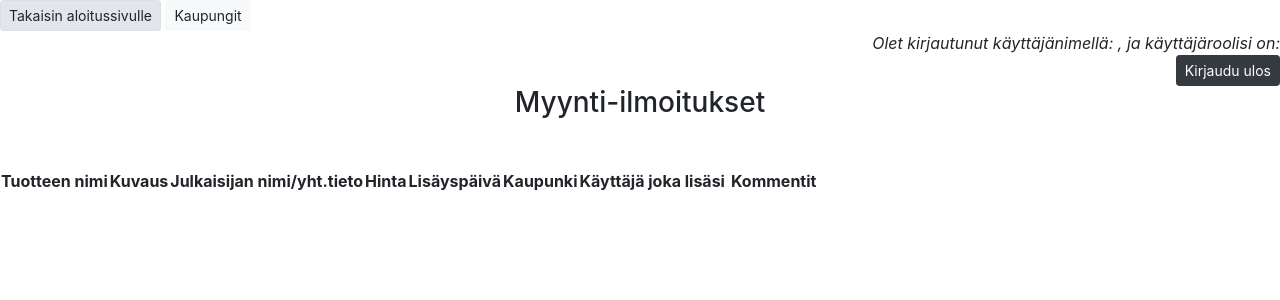
Repository: LiljestromNadja/Backend_s2023_harjoitustyo
Page: http://localhost/articlelist
The author's editor kept a copy of each file at every save. The page is drawn from the files as they stood at one save, then again after the next save.
The browser window is 1280 px wide. The pictures show the whole page.
The page is this project's Thymeleaf template; nobody is signed in. The template is opened directly, without the code that normally fills it, so the values that code supplies are empty.

Above is the page before, as saved 2023-11-10 15:29:13.

### harkkas23v01/src/main/resources/templates/articlelist.html
<!DOCTYPE html>
<html xmlns:th="http://www.thymeleaf.org">
<head>
	<title>Articlelist</title>
	<meta http-equiv="Content-Type" content="text/html" charset="UTF-8"/>
	<!-- Bootstrap-linkki vaihdettu tähän 04-10-2023 -->
	<link rel="stylesheet" href="https://cdn.jsdelivr.net/npm/bootstrap@4.0.0/dist/css/bootstrap.min.css" integrity="sha384-Gn5384xqQ1aoWXA+058RXPxPg6fy4IWvTNh0E263XmFcJlSAwiGgFAW/dAiS6JXm" crossorigin="anonymous"> <!-- Lisättiin tyyli, bootstrap 4.0 -->
	<!-- Lisättiin tyyli, bootstrap 4.0 -->
</head>
<body>
	<div>
		<a href="/index"><button class="text-left btn btn-light btn-sm">Takaisin aloitussivulle</button></a>
		<a href="/cities"><button class="text-left btn btn-light btn-sm">Kaupungit</button></a>
	</div>

	<div class="text-right">
		<i>Olet kirjautunut käyttäjänimellä: <b sec:authentication="name"></b>,
			ja käyttäjäroolisi on: <b sec:authentication="principal.authorities"></b></i>

		<br>
		<form class="text-right" th:action="@{/logout}" method="post">
			<input type="submit" value="Kirjaudu ulos" class="btn btn-sm btn-dark" />
		</form>

	</div>
	<h3 style="text-align: center">Myynti-ilmoitukset</h3>

	<div style="clear: both; display: block; height: 40px;"></div>
	<div style="align-content: center;">
		<table>
		<tr>
			<th>Tuotteen nimi</th>
	<!--  	<th>Tuotteen id </th> -->
			<th>Kuvaus</th>
			<th>Julkaisijan nimi/yht.tieto</th>
			<th>Hinta</th>
			<th>Lisäyspäivä</th>
			<th>Kaupunki</th>
			<th>Käyttäjä joka lisäsi</th>
	<!-- 	<th>Käyttäjän id</th> -->
			<th></th>
			<th></th>
			<th>Kommentit</th>
		</tr>

		<tr th:each = "article : ${articles}">   		<!-- MUISTA DOLLARIT, muuten voi mennä tovi jos toinenkin ihmettelyyn-->
				<td th:text="${article.title}"></td>
				<!--<td th:text="${article.id}"></td> -->
				<td th:text="${article.description}"></td>
				<td th:text="${article.publisher}"></td>
				<td th:text="${article.price}"></td>
				<td th:text="${article.dateadded}"></td>
				<td th:text="${article?.city?.name}"></td>	<!-- kysymysmerkki == jos kategoriaa ei ole -->
				<td th:text="${article?.applicationuser?.username}"></td>
				<!--<td th:text="${article?.applicationuser?.id}"></td>	 -->
				<!-- <td>Ilmoituksen poistonappi	</td> -->
				<!-- <td>Ilmoituksen muokkausnappi</td>  -->
				<!-- <td>Linkki kommenttilistaukseen </td>-->
				<!-- <td>Kirjoita kommentti -linkki </td>-->


	<!-- USER voi muokata/poistaa vain omia myynti-ilmoituksiaan, ADMIN kaikkia: -->
	<!-- Tässä ehtolause joka määrittelee nappien näkymisen niin, että ne näkyvät USER-roolissa vain omien julkaisujen kohdalla,
	ADMIN pystyy muokkaamaan/poistamaan kaikkia julkaisuja -->
	<!-- 24102023 -->
				<td th:if="${article.applicationuser.username == applicationuser.username}" sec:authorize="hasAuthority('USER')"><a th:href="@{/editArticle/{id}(id=${article.id})}" class="btn btn-dark btn-sm">Muokkaa</a></td>
				<td th:if="${article.applicationuser.username == applicationuser.username}" sec:authorize="hasAuthority('USER')"><a th:href="@{/delete/{id}(id=${article.id})}" class="btn btn-xs btn-danger btn-sm">Poista</a></td>

	<!-- Jos USERILLA ei muokkausoikeutta kyseiseen kirjaan -->
	<!-- 26102023 -->
				<td th:unless="${article.applicationuser.username == applicationuser.username}" sec:authorize="hasAuthority('USER')">   </td>
				<td th:unless="${article.applicationuser.username == applicationuser.username}" sec:authorize="hasAuthority('USER')">   </td>

	<!-- ADMIN voi muokata/poistaa kaikkia -->
				<td sec:authorize="hasAuthority('ADMIN')"><a th:href="@{/editArticle/{id}(id=${article.id})}" class="btn btn-xs btn-dark btn-sm">Muokkaa</a></td>
				<td sec:authorize="hasAuthority('ADMIN')"><a th:href="@{/delete/{id}(id=${article.id})}" class="btn btn-xs btn-danger btn-sm">Poista</a></td>

	<!-- Tuotteen myynti-ilmoituksen kommenttilistaukseen pääsee roolissa ADMIN tai USER -->
		  		<td sec:authorize="hasAuthority('ADMIN') or hasAuthority('USER')"><a th:href="@{'/article/' + ${article.id} + '/comments'}" class="btn btn-light btn-sm">Comments</a></td>
			<!--	<td sec:authorize="hasAuthority('ADMIN') or hasAuthority('USER')"><a th:href="@{/listComments}" class="btn btn-xs btn-success btn-sm">Comments</a></td> -->

	<!-- Tuotteen myynti-ilmoituksen kommentointisivulle voi siirtyä roolissa ADMIN tai USER -->
				<td><a sec:authorize="hasAuthority('ADMIN') or hasAuthority('USER')" th:href="@{/addComment/{id}(id=${article.id})}" > <button class="btn btn-light btn-sm">Add new Comment</button></a></td>

			</tr>
		</table>
	</div>
	<div style="clear: both; display: block; height: 40px;"></div>

	<a sec:authorize="hasAuthority('ADMIN')" href="/add"><button class="btn btn-dark btn-sm">Lisää uusi myytävä tuote</button></a>
	<a sec:authorize="hasAuthority('USER')" href="/add"><button class="btn btn-dark btn-sm">Lisää uusi myytävä tuote</button></a>


	</body>
</html>

After the next save:
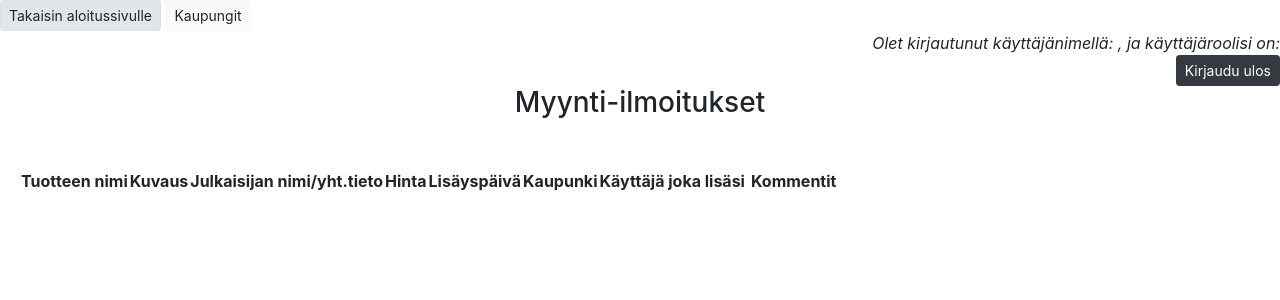
Saved 31 s later.
--- a/harkkas23v01/src/main/resources/templates/articlelist.html
+++ b/harkkas23v01/src/main/resources/templates/articlelist.html
@@ -26,8 +26,8 @@
 	<h3 style="text-align: center">Myynti-ilmoitukset</h3>
 
 	<div style="clear: both; display: block; height: 40px;"></div>
-	<div style="align-content: center;">
-		<table>
+	<div style="align-content: center; margin-left: 20px">
+		<table >
 		<tr>
 			<th>Tuotteen nimi</th>
 	<!--  	<th>Tuotteen id </th> -->
